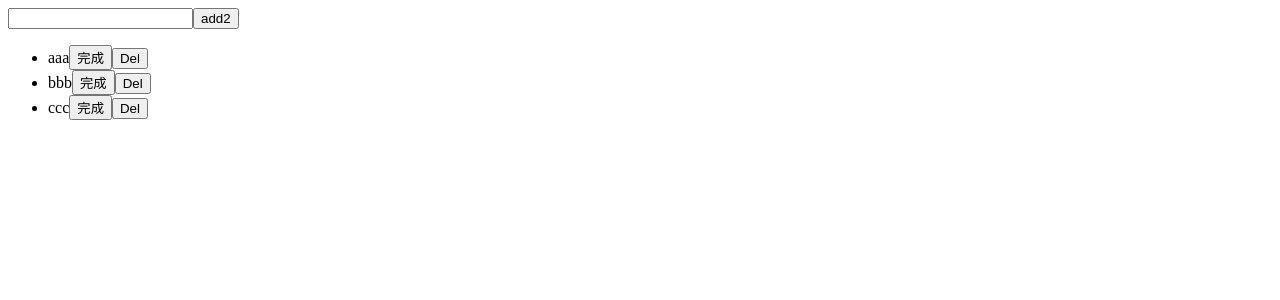
Repository: zenghao518518/React
Page: /
These files come from the project's save history. The page is drawn as it stood at one moment and after the next save; the edit follows.
The browser window is 1280 px wide. The pictures show the whole page.
The project was rebuilt for these pictures with package versions that can differ from the ones it lists, and the page was loaded fresh each time.

Above is the page before, as saved 2023-07-26 17:16:06.

### src/index.js
import React from 'react';
//import ReactDOM from 'react-dom';
import ReactDOM from 'react-dom/client'
//import './01-base/01-class组件'
//ReactDOM.render(<div>111111</div>,document.getElementById('root'))                    //);
//import App from './01-base/01-class组件'
//import App from './01-base/02-函数式组件'
//import App from './01-base/03-组件的嵌套'
//import App from './01-base/04-组件的样式'
//import App from './01-base/05-事件绑定-1'
//import App from './01-base/06-事件绑定-2'
//import App from './01-base/07-ref'
//import App from './01-base/08-state'
//import App from './01-base/09-数组渲染'
//import App from './01-base/10-todolist'
//import App from './01-base/12-卖座选项卡'
//import App from './01-base/13-setState同步异步'
//import App from './01-base/14-betterScroll'
//import App from './01-base/15-betterscroll-cinema'
//import App from './01-base/16-prop'
//import App from './01-base/17-props函数式组件'
//import App from './01-base/18-状态vs属性'
//import App from './01-base/19-非受控'
//import App from './01-base/20-受控'
//import App from './01-base/21-受控Cinema'
import App from './01-base/22-受控todolist'
let root = ReactDOM.createRoot(document.getElementById('root'));
//root.render(<div>111111</div>);
root.render(<React.StrictMode><App></App></React.StrictMode>);
//root.render(<App></App>);

### src/01-base/22-受控todolist.js
import React, { Component } from "react";
import "./css/01-index.css"
export default class App extends Component {
  a = 100;
  myref = React.createRef();
  state ={
        //  list:["aa","bb","cc"]
        mytext:"",
        list:[{
            id:1,
            mytest:"aaa"
        },
        {
            id:2,
            mytest:"bbb"
        },
        {
            id:3,
            mytest:"ccc"
        }
    ]
  }
  render() {
    return <div>

         <input value={this.state.mytext}
           onChange={(evt) => {
            this.setState({
              mytext: evt.target.value,
            });
          }}
         ></input>
         <button onClick={this.handleClick2}>add2</button>
         <ul>
             {
                this.state.list.map((item,index)=>
                    <li key={item.id}>
                        {item.mytest}
                        {/* 富文本显示 */}
                        {/* <span dangerouslySetInnerHTML={
                          {
                            __html :item.mytest
                          }
                        }></span> */}

                        {/* <button onClick={this.handleDelClick.bind(this,index)}>Del</button> */}
                        <button>完成</button>
                        <button onClick={()=>this.handleDelClick(index)}>Del</button>
                    </li>
                    )
             }
         </ul>
         {this.state.list.length===0? <div>暂无代办事项1</div>:null}
         {this.state.list.length===0 && <div>暂无代办事项2</div>}
         <div className={this.state.list.length===0?'':'hidden'}>暂无代办事项3</div>
    </div>;
  }
  handleClick2=()=>{
    //console.log("click2",this.myref.current.value) //这里的this为代理对象undefined
    let newlist = [...this.state.list];
    newlist.push({
        id:Math.random()*1000000,
        mytest:this.state.mytext});
    this.setState({
        list:newlist,
        mytext:""
    })

    //this.myref.current.value=""

  }

  handleDelClick=(index)=>{
    console.log("del-click",index)
    let newlist =[...this.state.list];//this.state.list.slice();//concat()
    newlist.splice(index,1)
    this.setState({
      list:newlist
  })
  }
}

### src/01-base/css/01-index.css
.active{
    background-color:blue;
    font-size:"30px"
}
#myappp{
    background-color:green;
    font-size:"30px"
}

.hidden{
    display: none;
}

Loaded but not shown: public/index.html (common file)

After the next save:
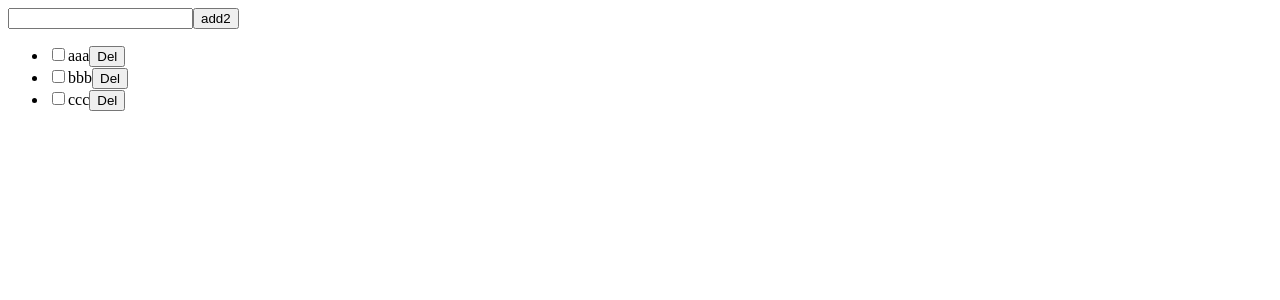
Saved 3 min 3 s later.
--- a/src/01-base/22-受控todolist.js
+++ b/src/01-base/22-受控todolist.js
@@ -35,7 +35,12 @@ export default class App extends Component {
              {
                 this.state.list.map((item,index)=>
                     <li key={item.id}>
+
+                        <input type="checkbox"/>
+
                         {item.mytest}
+
+
                         {/* 富文本显示 */}
                         {/* <span dangerouslySetInnerHTML={
                           {
@@ -44,7 +49,7 @@ export default class App extends Component {
                         }></span> */}
 
                         {/* <button onClick={this.handleDelClick.bind(this,index)}>Del</button> */}
-                        <button>完成</button>
+
                         <button onClick={()=>this.handleDelClick(index)}>Del</button>
                     </li>
                     )
